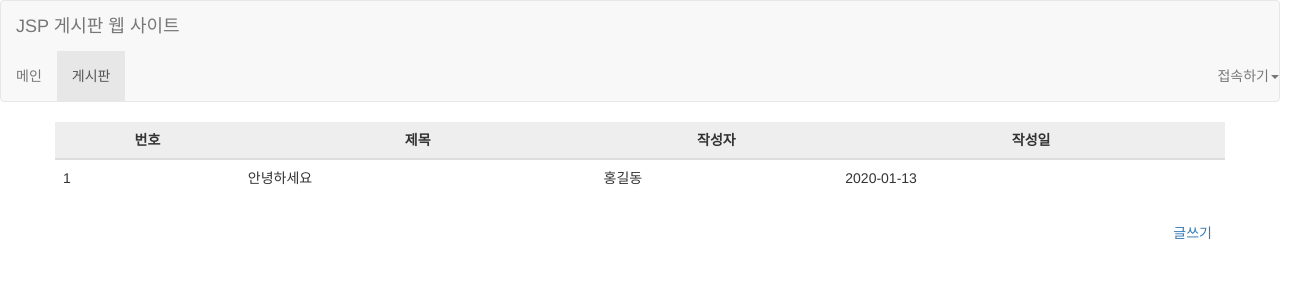
Repository: jeeyune/JSP-Bulletin-Board
Page: http://localhost/BBS/bbs.jsp
An editor plug-in stored every save of this project. The page is shown before and after the next save, followed by the edit.
The browser window is 1280 px wide. The page is 1294 px wide, so the pictures cover 1294 px, including what lies to the right of the window. The pictures show the whole page.
Some web libraries are served in a nearby version. The page is served by Tomcat 9. Queries for data that is not in the repository find no rows.

Above is the page before, as saved 2020-01-19 11:22:04.

After the next save:
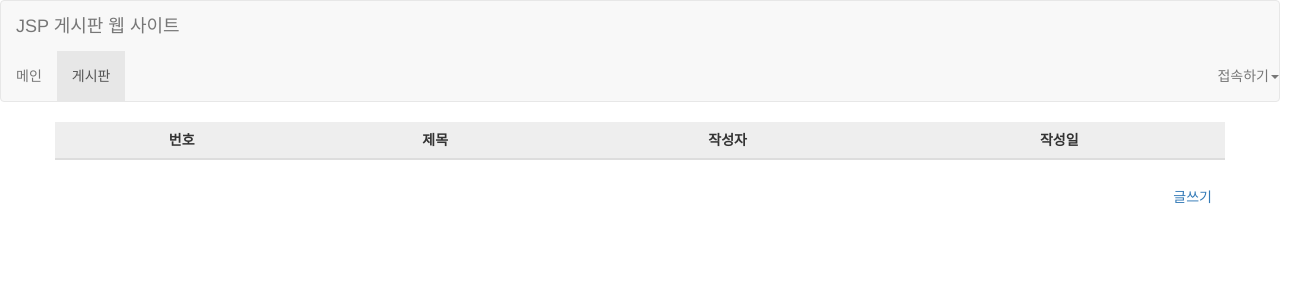
Saved 6 min 5 s later.
--- a/projects/BBS/WebContent/bbs.jsp
+++ b/projects/BBS/WebContent/bbs.jsp
@@ -85,12 +85,21 @@
 					</tr>
 				</thead>
 				<tbody>
+					<%
+						bbsDAO bbsDAO = new bbsDAO();
+						ArrayList<BBS> list = bbsDAO.getList(pageNumber);
+						for(int i = 0; i < list.size(); i++){
+					%>
+
 					<tr>
-						<td>1</td>
-						<td>안녕하세요</td>
-						<td>홍길동</td>
-						<td>2020-01-13</td>
+						<td><%= list.get(i).getBbsID() %></td>
+						<td><a href="view.jsp?bbsID=<%= list.get(i).getBbsTitle() %>"><%= list.get(i).getBbsTitle() %></a></td>
+						<td><%= list.get(i).getUserID() %></td>
+						<td><%= list.get(i).getBbsDate() %></td>
 					</tr>
+					<%
+						}
+					%>
 				</tbody>
 			</table>
 			<a href="write.jsp" class="btn btn primary pull-right">글쓰기</a>
